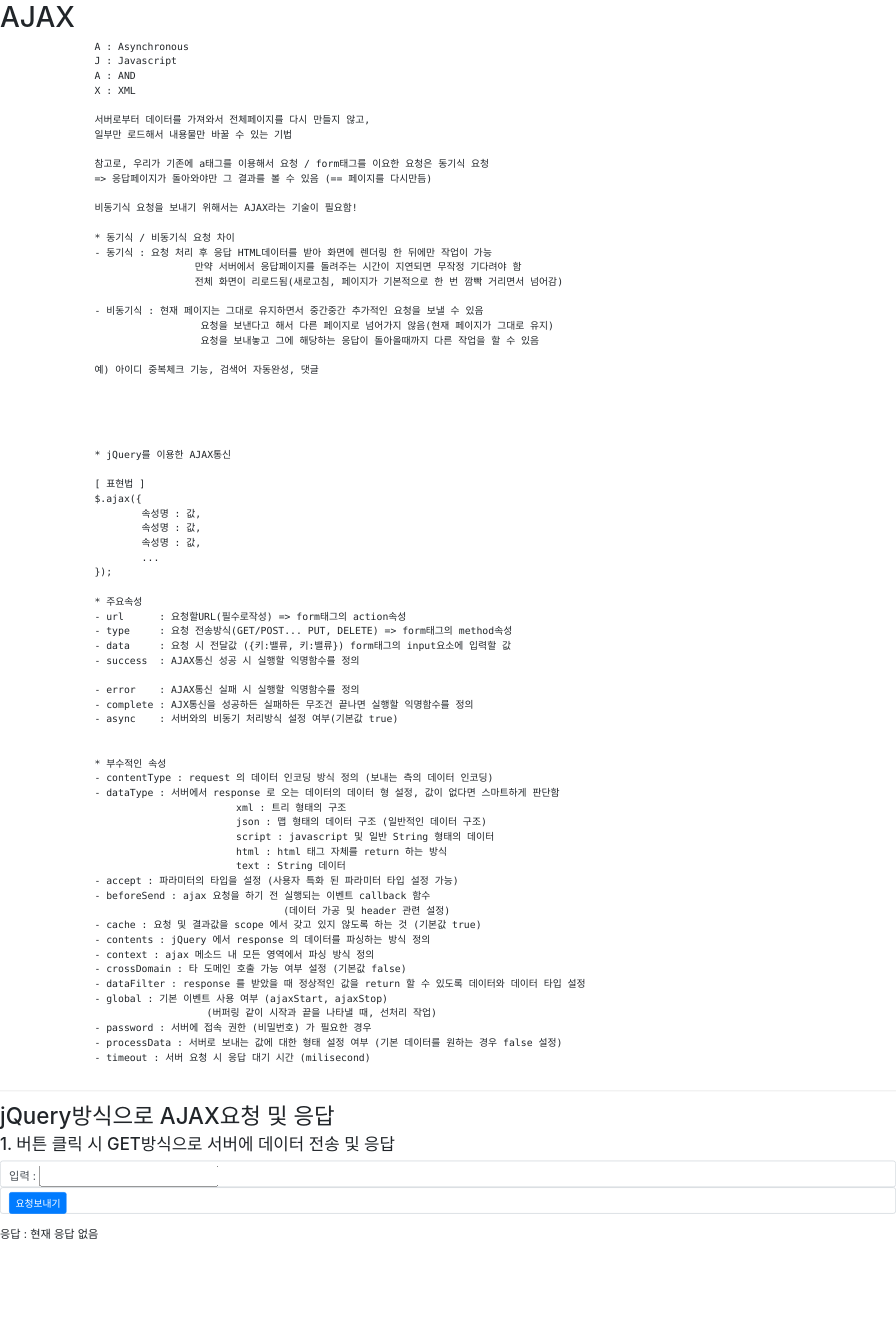
Repository: Hyunbin1111/practice
Page: http://localhost/MyBatisProject/study
These files come from the project's save history. The page is drawn as it stood at one moment and after the next save; the edit follows.
The browser window is 1280 px wide. The pictures show the part of the page from y = 0 to 1920 px (the page is 2694 px tall before and 2736 px after), at 70% of full size.
The page is served by Tomcat 9.

Above is the page before, as saved 2024-12-09 03:21:10.

After the next save:
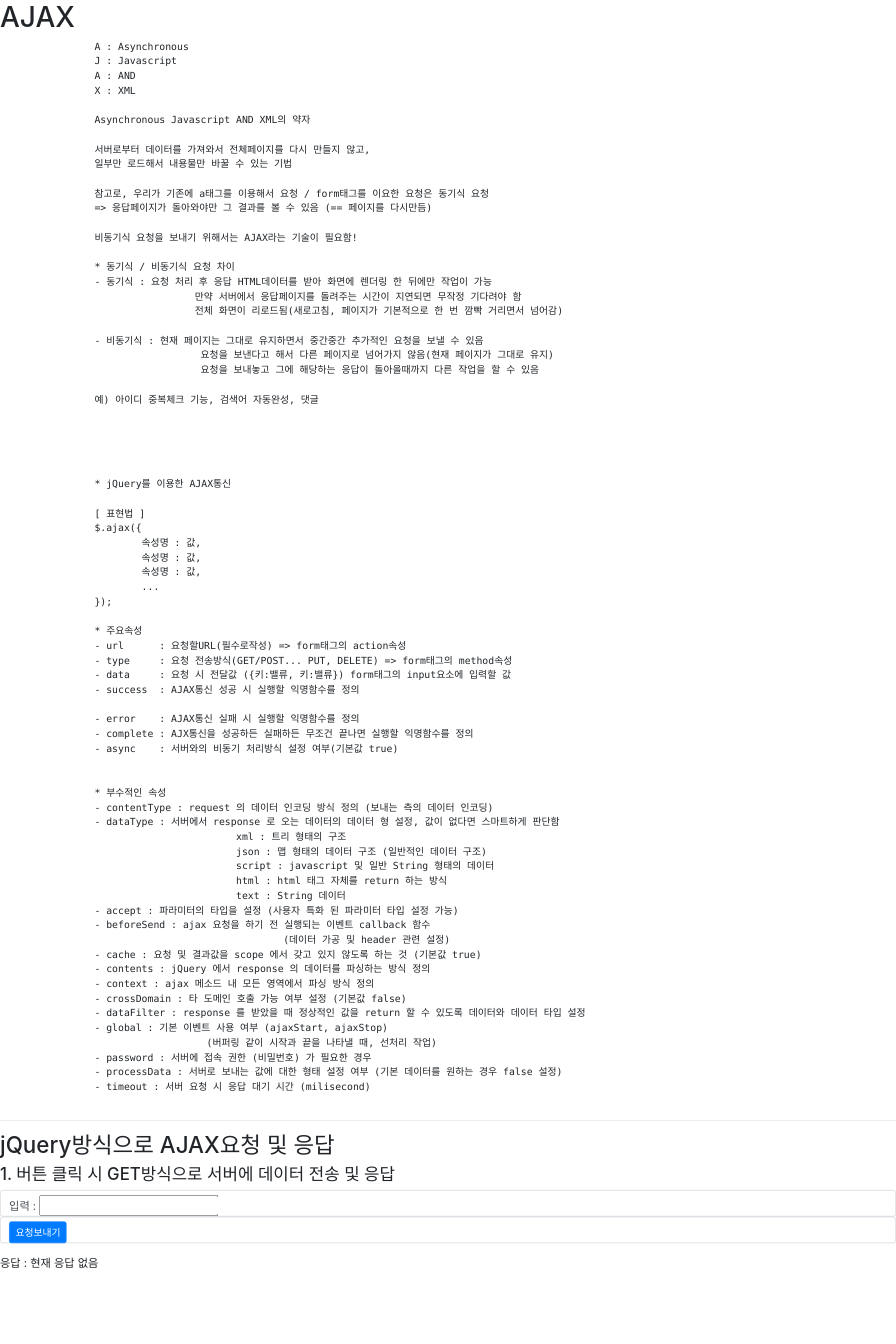
Saved 5 min 39 s later.
--- a/web-workspace2/MyBatisProject/src/main/webapp/WEB-INF/views/ajax/study.jsp
+++ b/web-workspace2/MyBatisProject/src/main/webapp/WEB-INF/views/ajax/study.jsp
@@ -21,6 +21,8 @@
 		J : Javascript
 		A : AND
 		X : XML
+
+		Asynchronous Javascript AND XML의 약자
 
 		서버로부터 데이터를 가져와서 전체페이지를 다시 만들지 않고,
 		일부만 로드해서 내용물만 바꿀 수 있는 기법
